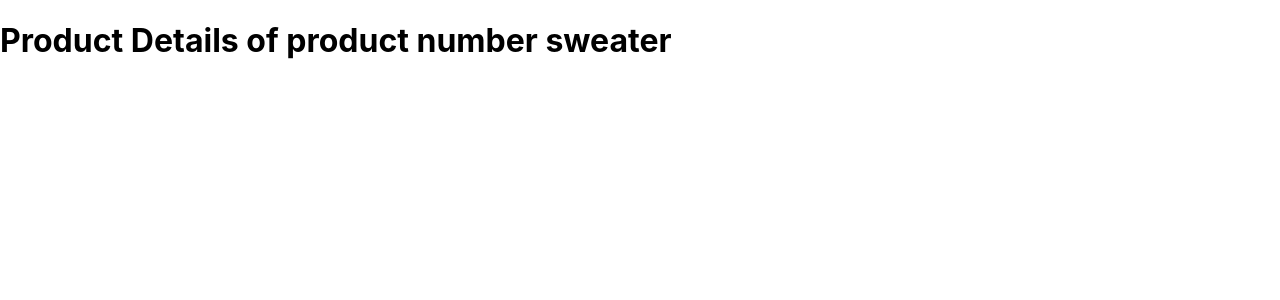
Repository: OmniaRafat232111121/NextJsTutrials
Page: /product/sweater
The author's editor kept a copy of each file at every save. The page is drawn from the files as they stood at one save, then again after a run of saves.
The browser window is 1280 px wide. The pictures show the whole page.
The project was rebuilt for these pictures with package versions that can differ from the ones it lists, and the page was loaded fresh each time. The framework's server and built-in components were replaced by stand-ins that run in the browser. Also part of the build but not shown: next.config.js.

Above is the page before, as saved 2022-11-13 11:23:11.

### pages/product/[productId].js
import React from 'react'
import { useRouter } from 'next/router'
const productDetail = () => {
    const router = useRouter();
    const productId = router.query.productId;

  return (
    <div>
          <h1>Product Details of product number {productId}</h1>
    </div>
  )
}

export default productDetail

Loaded but not shown: pages/_app.js (common file); styles/globals.css (common file)

After the next 15 saves:
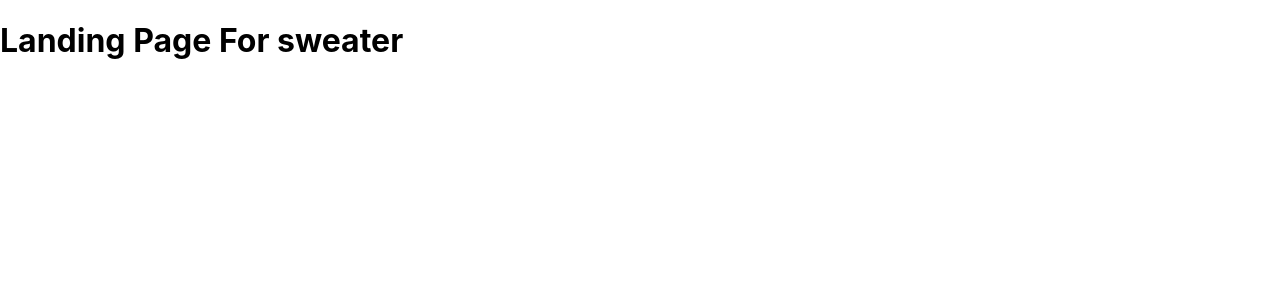
The 15 saves are shown as one change because they came seconds apart.
The last was saved 2 min 8 s later.
--- /dev/null
+++ b/pages/product/sweater.js
@@ -0,0 +1,11 @@
+import React from 'react'
+
+const sweater = () => {
+  return (
+    <div>
+      <h1>Landing Page For sweater</h1>
+    </div>
+  )
+}
+
+export default sweater
